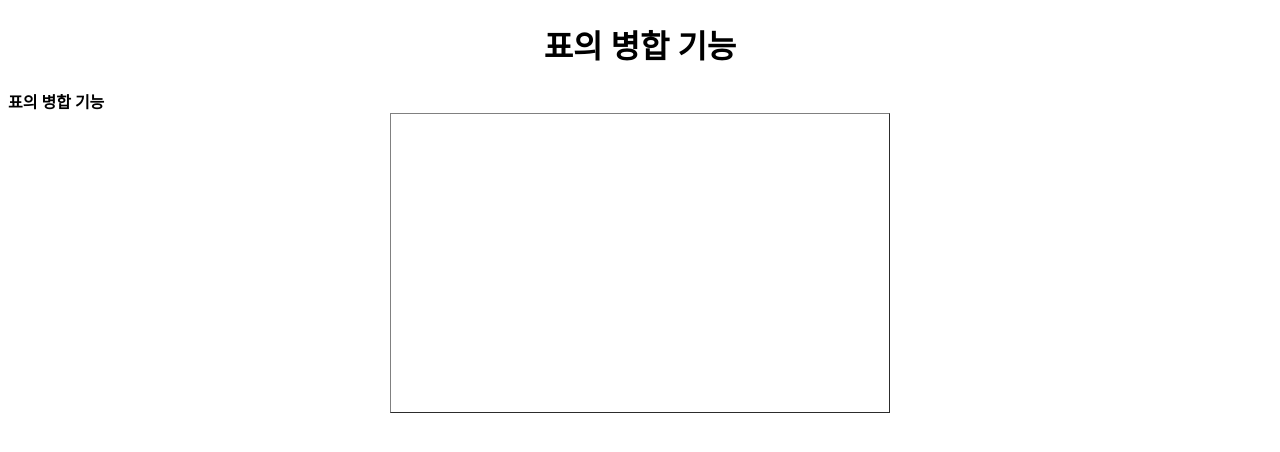
Repository: hui-Joo/html
Page: html/quiz.html
An editor plug-in stored every save of this project. The page is shown before and after the next save, followed by the edit.
The browser window is 1280 px wide. The pictures show the whole page.

Above is the page before, as saved 2021-10-04 05:56:46.

After the next save:
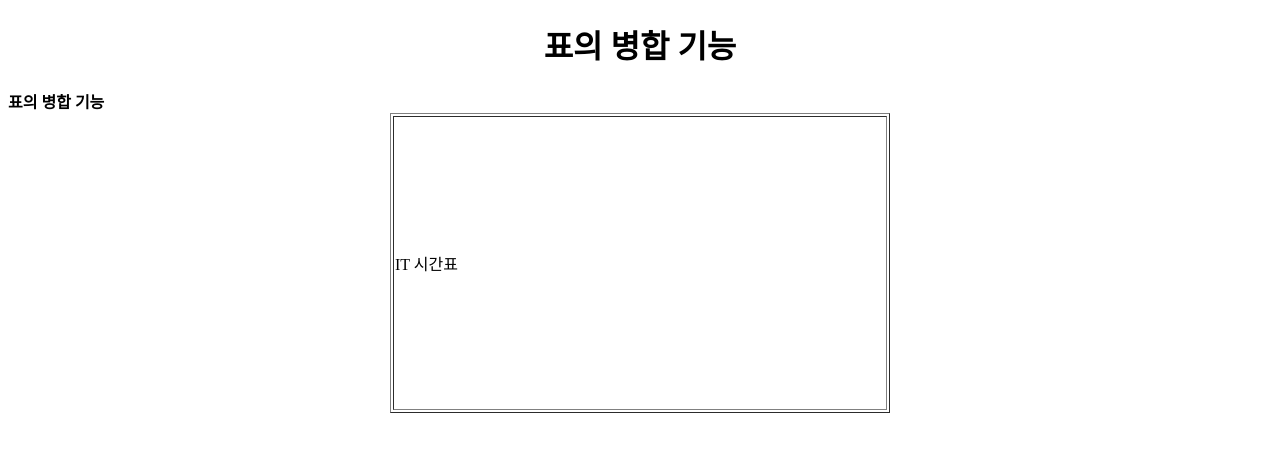
Saved 105 s later.
--- a/html/quiz.html
+++ b/html/quiz.html
@@ -11,6 +11,9 @@
 
 <table border="1" align="center" height="300" width="500">
 	<captoin><b align="center">표의 병합 기능</b></captoin>
+	<tr>
+	<td colspan="5">IT 시간표</td>
+	</tr>
 
 </table>
 </body>
